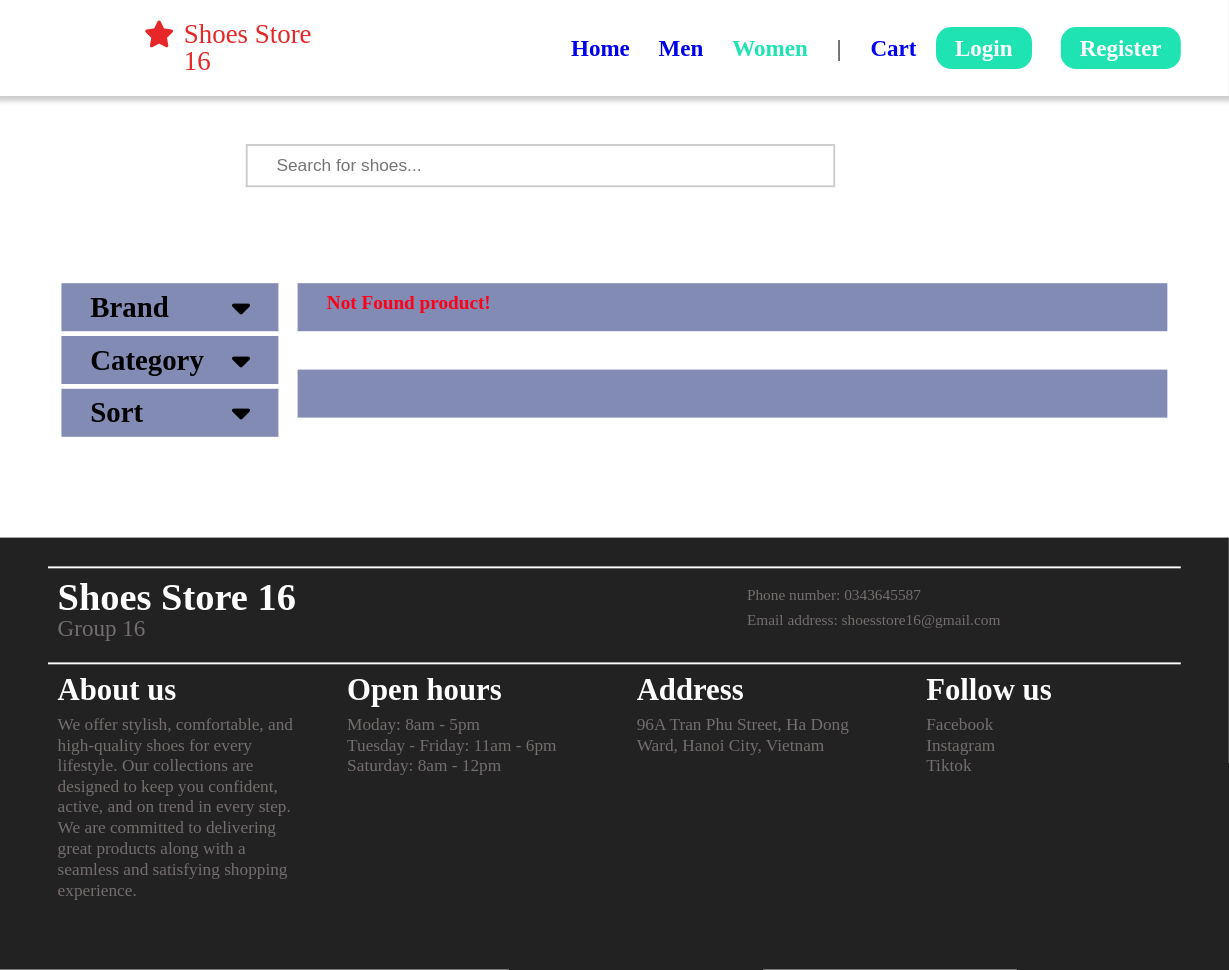
Repository: Trung0810/btl_cnpm_fe
Page: /women
These files come from the project's save history. The page is drawn as it stood at one moment and after the next save; the edit follows.
The browser window is 1280 px wide. The pictures show the whole page, at 96% of full size.
The page's requests for data from a server got no answer. The project was rebuilt for these pictures with package versions that can differ from the ones it lists, and the page was loaded fresh each time. No one was signed in, and anything a server would have sent is missing. Also part of the build but not shown: src/components/shoes_list/ShoesCard.css, src/components/shoes_list/ShoesCard.js, src/components/overlay/Overlay.css, src/components/overlay/Overlay.js, src/components/popup/AddToCartFormPopup.css, src/components/popup/AddToCartFormPopup.js, src/components/shoes_list/ShoesList.css, src/components/shoes_list/ShoesList.js and 43 more.

Above is the page before, as saved 2026-04-21 08:25:18.

### public/index.html
<!doctype html>
<html lang="en">
  <head>
    <meta charset="utf-8" />
    <link rel="icon" href="%PUBLIC_URL%/favicon.ico" />
    <meta name="viewport" content="width=device-width, initial-scale=1" />
    <meta name="theme-color" content="#000000" />
    <meta
      name="description"
      content="Web site created using create-react-app"
    />
    <link rel="apple-touch-icon" href="%PUBLIC_URL%/logo192.png" />
    <!--
      manifest.json provides metadata used when your web app is installed on a
      user's mobile device or desktop. See https://developers.google.com/web/fundamentals/web-app-manifest/
    -->
    <link rel="manifest" href="%PUBLIC_URL%/manifest.json" />
    <!--
      Notice the use of %PUBLIC_URL% in the tags above.
      It will be replaced with the URL of the `public` folder during the build.
      Only files inside the `public` folder can be referenced from the HTML.

      Unlike "/favicon.ico" or "favicon.ico", "%PUBLIC_URL%/favicon.ico" will
      work correctly both with client-side routing and a non-root public URL.
      Learn how to configure a non-root public URL by running `npm run build`.
    -->
    <link rel="preconnect" href="https://fonts.googleapis.com" />
    <link rel="preconnect" href="https://fonts.gstatic.com" crossorigin />
    <link
      href="https://fonts.googleapis.com/css2?family=DM+Sans:ital,opsz,wght@0,9..40,100..1000;1,9..40,100..1000&family=Oswald:wght@200..700&display=swap"
      rel="stylesheet"
    />
    <title>React App</title>
  </head>
  <body>
    <noscript>You need to enable JavaScript to run this app.</noscript>
    <div id="root"></div>
    <!--
      This HTML file is a template.
      If you open it directly in the browser, you will see an empty page.

      You can add webfonts, meta tags, or analytics to this file.
      The build step will place the bundled scripts into the <body> tag.

      To begin the development, run `npm start` or `yarn start`.
      To create a production bundle, use `npm run build` or `yarn build`.
    -->
  </body>
</html>

### src/index.js
import React from "react";
import ReactDOM from "react-dom/client";
import App from "./App";
import reportWebVitals from "./reportWebVitals";
import "./index.css";
import "./reset.css";
import "@fortawesome/fontawesome-free/css/all.min.css";

const root = ReactDOM.createRoot(document.getElementById("root"));
root.render(
  <React.StrictMode>
    <App />
  </React.StrictMode>,
);

// If you want to start measuring performance in your app, pass a function
// to log results (for example: reportWebVitals(console.log))
// or send to an analytics endpoint. Learn more: https://bit.ly/CRA-vitals
reportWebVitals();

### src/index.css
body {
  margin: 0;
  font-family:
    -apple-system, BlinkMacSystemFont, "Segoe UI", "Roboto", "Oxygen", "Ubuntu",
    "Cantarell", "Fira Sans", "Droid Sans", "Helvetica Neue", sans-serif;
  -webkit-font-smoothing: antialiased;
  -moz-osx-font-smoothing: grayscale;
  font-family: "DM Sans", sans-serif;
}
body::-webkit-scrollbar {
  display: none;
}
code {
  font-family:
    source-code-pro, Menlo, Monaco, Consolas, "Courier New", monospace;
}
* {
  box-sizing: border-box;
}

### src/components/shoes_page/ShoesPage.js
import React, { Fragment } from "react";
import Search from "../search/Search";
import GridLayout from "../grid_layout/GridLayout";

const ShoesPage = () => {
  return (
    <Fragment>
      <Search></Search>
      <GridLayout></GridLayout>
    </Fragment>
  );
};

export default ShoesPage;

### src/components/main_layout/MainLayout.js
import React, { useContext } from "react";
import { Fragment } from "react";
import Header from "../header/Header";
import Footer from "../footer/Footer";
import { Navigate, Outlet } from "react-router-dom";
import { InforContext } from "../infor_provider/InforProvider";

const MainLayout = () => {
  const { admin, customer } = useContext(InforContext);

  if (admin) {
    return <Navigate to="/admin" replace />;
  }

  return (
    <Fragment>
      <Header></Header>
      <Outlet></Outlet>
      <Footer></Footer>
    </Fragment>
  );
};

export default MainLayout;

### src/components/infor_provider/InforProvider.js
import React, { createContext, useState } from "react";
import { useNavigate } from "react-router-dom";

const InforContext = createContext();

const InforProvider = (props) => {
  const [customer, setCustomer] = useState(null);
  const [admin, setAdmin] = useState(null);
  const [path, setPath] = useState(null);
  const [currentPage, setCurrentPage] = useState(1);
  const [filter, setFilter] = useState({
    name: "",
    brand: "all",
    type: "",
    category: "all",
    price: false,
    rate: false,
    sort: null,
  });
  const navigate = useNavigate();

  console.log(filter);

  const handleLogout = () => {
    setCustomer(null);
    setAdmin(null);
    localStorage.removeItem("accessToken");
    navigate("/", { replace: true });
    console.log("hehehe");
  };

  const handleAddToCart = () => {};
  return (
    <InforContext.Provider
      value={{
        customer,
        setCustomer,
        handleLogout,
        admin,
        setAdmin,
        path,
        setPath,
        currentPage,
        setCurrentPage,
        filter,
        setFilter,
      }}
      {...props}
    ></InforContext.Provider>
  );
};

export { InforContext, InforProvider };

### src/components/reset_position/ResetPosition.js
import { useEffect } from "react";
import { useLocation } from "react-router-dom";

const ResetPosition = () => {
  const { pathname } = useLocation();

  useEffect(() => {
    window.scrollTo(0, 0);
  }, [pathname]);

  return null;
};

export default ResetPosition;

### src/App.css
img {
  width: 100%;
  height: 100%;
  object-fit: fill;
}
input,
select {
  display: block;
  font-size: 16px;
  font-weight: 500;
  padding: 10px 20px;
  border: 2px solid #ccc;
  border-radius: 8px;
  outline: none;
}
input:focus {
  border-color: #20e3b4;
}
textarea {
  font-family: "DM Sans", sans-serif;
  display: block;
  height: 100px;
  font-size: 16px;
  padding: 10px 20px;
  border: 2px solid #ccc;
  border-radius: 8px;
  resize: none;
  outline: none;
}
textarea::-webkit-scrollbar {
  display: none;
}
textarea:focus {
  border-color: #20e3b4;
}
button {
  display: block;
  width: 200px;
  padding: 10px 30px;
  font-size: 18px;
  font-weight: 500;
  border-radius: 8px;
  border: none;
  outline: none;
  cursor: pointer;
  box-shadow: 0 6px 0 0 #ccc;
  transition: all 0.25s linear;
}
button:active {
  box-shadow: 0 3px 0 0 #ccc;
  transform: translateY(3px);
}
.loading {
  position: absolute;
  width: 40px;
  height: 40px;
  border: 5px solid #20e3b4;
  border-left: 5px solid transparent;
  border-radius: 50%;
  top: 50%;
  left: 50%;
  transform: translate(-50%, -50%);
  animation: spin 1s infinite forwards linear;
  z-index: 100;
}
@keyframes spin {
  to {
    transform: translate(-50%, -50%) rotate(360deg);
  }
}
.error {
  font-weight: 500;
  color: #de4242;
}
.admin-update {
  width: 120px;
  background-color: #20b3e4;
  color: #fff;
}
.admin-delete {
  width: 120px;
  background-color: #dc3545;
  color: #fff;
}

### src/components/search/Search.js
import React, { useContext } from "react";
import { InforContext } from "../infor_provider/InforProvider";
import { debounce } from "lodash";
import "./Search.css";

const Search = () => {
  const { filter, setFilter } = useContext(InforContext);

  return (
    <div className="search">
      <input
        type="text"
        name="shoes"
        className="search-input"
        placeholder="Search for shoes..."
        onChange={debounce(
          (event) =>
            setFilter((prev) => ({ ...prev, name: event.target.value })),
          500,
        )}
      />
      {/* <button className="search-button">Search</button> */}
    </div>
  );
};

export default Search;

### src/components/grid_layout/GridLayout.js
import React from "react";
import FilterShoesList from "../filter_shoes_list/FilterShoesList";
import ShoesGrid from "../shoes_grid/ShoesGrid";
import "./GridLayout.css";

const GridLayout = () => {
  return (
    <div className="grid-layout">
      <FilterShoesList></FilterShoesList>
      <ShoesGrid></ShoesGrid>
    </div>
  );
};

export default GridLayout;

### src/components/header/Header.js
import React, { Fragment, useContext } from "react";
import { NavLink } from "react-router-dom";
import { InforContext } from "../infor_provider/InforProvider";
import "./header.css";

const Header = () => {
  const { customer, handleLogout } = useContext(InforContext);

  return (
    <div className="header">
      <div className="header-logo">
        <i className="fa fa-star"></i>
        {customer && <span>Hello {customer && customer.username}</span>}
        {!customer && <span>Shoes Store 16</span>}
      </div>
      <ul className="header-menu">
        <NavLink
          to={"/"}
          className="header-menu-item"
          style={({ isActive }) => ({ color: isActive ? "#20e3b4" : "" })}
        >
          Home
        </NavLink>
        <NavLink
          to={"/men"}
          className="header-menu-item"
          style={({ isActive }) => ({ color: isActive ? "#20e3b4" : "" })}
        >
          Men
        </NavLink>
        <NavLink
          to={"/women"}
          className="header-menu-item"
          style={({ isActive }) => ({ color: isActive ? "#20e3b4" : "" })}
        >
          Women
        </NavLink>
        <li className="header-menu-item">|</li>
        <NavLink
          to={"/cart"}
          className="header-menu-item"
          style={({ isActive }) => ({ color: isActive ? "#20e3b4" : "" })}
        >
          Cart
        </NavLink>
      </ul>
      <ul className="header-auth">
        {!customer && (
          <Fragment>
            <NavLink to={"/login"} className="header-auth-item">
              Login
            </NavLink>
            <NavLink to={"/register"} className="header-auth-item">
              Register
            </NavLink>
          </Fragment>
        )}
        {customer && (
          <li className="header-auth-item" onClick={handleLogout}>
            Logout
          </li>
        )}
      </ul>
    </div>
  );
};

export default Header;

### src/components/footer/Footer.js
import React from "react";
import "./Footer.css";

const Footer = () => {
  return (
    <div className="footer">
      <div className="footer-contact">
        <div className="contact-name">
          <h2>Shoes Store 16</h2>
          <p>Group 16</p>
        </div>
        <div className="contact-infor">
          <p>Phone number: 0343645587</p>
          <p>Email address: shoesstore16@gmail.com</p>
        </div>
      </div>
      <div className="footer-content">
        <div className="content-container">
          <h3>About us</h3>
          <p>
            We offer stylish, comfortable, and high-quality shoes for every
            lifestyle. Our collections are designed to keep you confident,
            active, and on trend in every step. We are committed to delivering
            great products along with a seamless and satisfying shopping
            experience.
          </p>
        </div>
        <div className="content-container">
          <h3>Open hours</h3>
          <p>
            Moday: 8am - 5pm
            <br />
            Tuesday - Friday: 11am - 6pm
            <br />
            Saturday: 8am - 12pm
          </p>
        </div>
        <div className="content-container">
          <h3>Address</h3>
          <p>96A Tran Phu Street, Ha Dong Ward, Hanoi City, Vietnam</p>
        </div>
        <div className="content-container">
          <h3>Follow us</h3>
          <p>
            Facebook
            <br />
            Instagram
            <br />
            Tiktok
          </p>
        </div>
      </div>
    </div>
  );
};

export default Footer;

### src/components/helper_function/Standardization.js
const standardization = (name) => {
  if (!name) {
    return "";
  }
  return name
    .trim()
    .split(/\s+/)
    .map((word) => {
      return word.charAt(0).toUpperCase() + word.slice(1).toLowerCase();
    })
    .join(" ");
};

export default standardization;

### src/components/admin_add_product/AdminAddProduct.css
.admin-add-product {
  width: 85%;
  padding: 40px;
  user-select: none;
}
.admin-add-title {
  font-size: 40px;
  font-weight: bold;
  text-align: center;
  margin-bottom: 40px;
}
form {
  width: 100%;
  display: flex;
  flex-direction: column;
  row-gap: 20px;
}
.admin-add-wrapper {
  display: flex;
  flex-direction: column;
  row-gap: 10px;
}
.admin-add-wrapper:last-child {
  margin-top: 30px;
  flex-direction: row;
  column-gap: 40px;
}
.admin-add-wrapper button:first-child {
  background-color: #20e3b4;
  color: #fff;
}
.admin-add-error {
  font-weight: 500;
  color: #de4242;
}

### src/components/admin_update_product/AdminUpdateProduct.css
.admin-update-product {
  width: 85%;
  padding: 40px;
  user-select: none;
  overflow-y: scroll;
}
.admin-update-product::-webkit-scrollbar {
  display: none;
}
.admin-update-title {
  font-size: 40px;
  font-weight: bold;
  text-align: center;
  margin-bottom: 40px;
}
form {
  width: 100%;
  display: flex;
  flex-direction: column;
  row-gap: 20px;
}
.admin-update-wrapper {
  display: flex;
  flex-direction: column;
  row-gap: 10px;
}
.admin-update-wrapper #id {
  background-color: #f0f0f0;
  color: #666;
  cursor: not-allowed;
}
.admin-update-wrapper #id:focus {
  border-color: #ccc;
}
.admin-update-wrapper:last-child {
  margin-top: 30px;
  flex-direction: row;
  column-gap: 40px;
}
.admin-update-wrapper button:first-child {
  background-color: #20e3b4;
  color: #fff;
}

### src/components/admin_update_order/AdminUpdateOrder.css
.admin-update-order {
  width: 85%;
  padding: 40px;
  user-select: none;
}
.admin-update-title {
  font-size: 40px;
  font-weight: bold;
  text-align: center;
  margin-bottom: 40px;
}
form {
  width: 100%;
  display: flex;
  flex-direction: column;
  row-gap: 20px;
}
.admin-update-table {
  width: 100%;
  display: flex;
  flex-direction: column;
  row-gap: 10px;
}
.admin-update-table th,
.admin-update-table td {
  text-align: center;
  vertical-align: middle;
  border: 1px solid #ccc;
}
.admin-update-table th {
  background-color: #20e3b4;
  color: #fff;
  font-size: 20px;
  font-weight: bold;
  padding: 10px 20px;
}
.admin-update-table td {
  min-height: 150px;
  font-size: 18px;
  padding: 10px;
}
.admin-update-table input {
  width: 100%;
}
.admin-update-table td button {
  width: 100%;
  background-color: #dc3545;
  color: #fff;
}
.admin-update-table button {
  background-color: #20e3b4;
  color: #fff;
}
.admin-update-wrapper {
  display: flex;
  flex-direction: column;
  row-gap: 10px;
}
.admin-update-wrapper #id {
  background-color: #f0f0f0;
  color: #666;
  cursor: not-allowed;
}
.admin-update-wrapper #id:focus {
  border-color: #ccc;
}
.admin-update-wrapper #customer-name {
  background-color: #f0f0f0;
  color: #666;
  cursor: not-allowed;
}
.admin-update-wrapper #customer-name:focus {
  border-color: #ccc;
}
.admin-update-wrapper:last-child {
  margin-top: 30px;
  flex-direction: row;
  column-gap: 40px;
}
.admin-update-wrapper button:first-child {
  background-color: #20e3b4;
  color: #fff;
}

### src/components/admin_update_customer/AdminUpdateCustomer.css
.admin-update-customer {
  width: 85%;
  padding: 40px;
  user-select: none;
}
.admin-update-title {
  font-size: 40px;
  font-weight: bold;
  text-align: center;
  margin-bottom: 40px;
}
form {
  width: 100%;
  display: flex;
  flex-direction: column;
  row-gap: 20px;
}
.admin-update-wrapper {
  display: flex;
  flex-direction: column;
  row-gap: 10px;
}
.admin-update-wrapper:last-child {
  margin-top: 30px;
  flex-direction: row;
  column-gap: 40px;
}
.admin-update-wrapper button:first-child {
  background-color: #20e3b4;
  color: #fff;
}

### src/components/search/Search.css
.search {
  width: 60%;
  height: auto;
  margin: 150px auto 0;
  display: flex;
  align-items: center;
}
.search-input {
  display: block;
  min-width: 80%;
  font-size: 18px;
  padding: 10px 30px;
  border-radius: 0;
}
.search-button {
  width: 20%;
  background-color: #20e3b4;
  color: #fff;
  font-size: 18px;
  border-radius: 0;
  border: 2px solid #20e3b4;
  box-shadow: none;
}
.search-button:active {
  transform: translateY(0);
  box-shadow: none;
}

### src/components/filter_shoes_list/FilterShoesList.js
import React from "react";
import FilterShoes from "./FilterShoes";
import "./FilterShoesList.css";

const FilterShoesList = () => {
  return (
    <div className="filter-shoes-list">
      <FilterShoes params="brand"></FilterShoes>
      <FilterShoes params="category"></FilterShoes>
      <FilterShoes params="sort"></FilterShoes>
    </div>
  );
};

export default FilterShoesList;

### src/components/grid_layout/GridLayout.css
.grid-layout {
  width: 90%;
  margin: 100px auto 0;
  display: flex;
  column-gap: 20px;
}

### src/components/header/header.css
.header {
  width: 100%;
  height: 100px;
  background-color: #fff;
  padding: 20px 50px 20px 150px;
  margin-bottom: 50px;
  box-shadow: 0 0 5px 5px #ccc;
  display: flex;
  align-items: center;
  position: fixed;
  top: 0;
  left: 0;
  z-index: 10;
  user-select: none;
}
.header-logo {
  font-size: 28px;
  color: #e72727;
  margin-right: 250px;
  display: flex;
  column-gap: 10px;
}
.header-menu {
  padding: 10px 20px;
  color: #565656;
  display: flex;
  column-gap: 30px;
}
.header-menu-item {
  font-size: 24px;
  font-weight: bold;
  cursor: pointer;
  text-decoration: none;
}
.header-auth {
  margin-left: auto;
  color: #565656;
  display: flex;
  column-gap: 30px;
}
.header-auth-item {
  display: inline-block;
  background-color: #20e3b4;
  color: #fff;
  font-size: 24px;
  padding: 10px 20px;
  font-weight: bold;
  border-radius: 16px;
  cursor: pointer;
  text-decoration: none;
}

### src/components/footer/Footer.css
.footer {
  width: 100%;
  height: 450px;
  background-color: #222222;
  color: #fff;
  padding: 30px 50px;
  margin-top: 100px;
}
.footer-contact {
  width: 100%;
  height: 100px;
  border-top: 2px solid #fff;
  display: flex;
}
.contact-name {
  width: 60%;
  height: 100%;
  padding: 10px;
}
.contact-name h2 {
  font-size: 40px;
  font-weight: bold;
}
.contact-name p {
  color: #756e6e;
  font-size: 24px;
}
.contact-infor {
  width: 40%;
  height: 100%;
  padding: 20px;
}
.contact-infor p {
  color: #756e6e;
  font-size: 16px;
  margin-bottom: 10px;
}
.footer-content {
  width: 100%;
  height: 300px;
  padding: 10px;
  border-top: 2px solid #fff;
  display: flex;
  column-gap: 4%;
}
.content-container {
  width: 22%;
  height: 100px;
}
.content-container h3 {
  font-size: 32px;
  font-weight: bold;
  margin-bottom: 10px;
}
.content-container p {
  color: #756e6e;
  font-size: 18px;
  line-height: 1.2;
}

### src/components/filter_shoes_list/FilterShoesList.css
.filter-shoes-list {
  width: 20%;
}

### src/components/shoes_grid/ShoesGrid.css
.shoes-grid {
  width: 80%;
  display: flex;
  flex-direction: column;
  row-gap: 20px;
  user-select: none;
}
.shoes-bar {
  width: 100%;
  height: 50px;
  background-color: #828bb3;
  padding: 10px 30px;
  display: flex;
  column-gap: 20px;
}
.shoes-grid-layout {
  width: 100%;
  display: grid;
  grid-template-columns: repeat(3, 1fr);
  gap: 20px;
}
.shoes-bar-page input {
  display: none;
}
.shoes-bar-page label {
  display: block;
  width: 30px;
  height: 30px;
  font-size: 20px;
  font-weight: bold;
  color: #fff;
  border: 2px solid #fff;
  display: flex;
  align-items: center;
  justify-content: center;
  cursor: pointer;
}
.shoes-bar-page input:checked + label {
  background-color: #fff;
  color: #828bb3;
}

### src/components/filter_shoes_list/FilterShoes.css
.filter-shoes {
  width: 100%;
  cursor: pointer;
  user-select: none;
}
.filter-shoes-menu {
  width: 100%;
  height: 50px;
  background-color: #828bb3;
  padding: 10px 30px;
  font-size: 30px;
  font-weight: bold;
  text-align: left;
  margin-bottom: 5px;
  display: flex;
  align-items: center;
  justify-content: space-between;
}
.filter-shoes-dropdown {
  width: 100%;
  margin-bottom: 40px;
}
.filter-shoes-select input {
  display: none;
}
.filter-shoes-select label {
  display: block;
  width: 100%;
  height: 40px;
  padding: 10px 30px;
  font-size: 20px;
  font-weight: 500;
  border-bottom: 1px solid #ccc;
  cursor: pointer;
}
.filter-shoes-select label:hover {
  background-color: #eee;
}
.filter-shoes-select input:checked + label {
  background-color: #eee;
  color: #20e3b4;
}

Loaded but not shown: src/reportWebVitals.js (common file); src/reset.css (common file); src/components/shoes_grid/ShoesGrid.js (154 lines, source omitted); src/App.js (96 lines, source omitted); src/components/filter_shoes_list/FilterShoes.js (90 lines, source omitted)

After the next save:
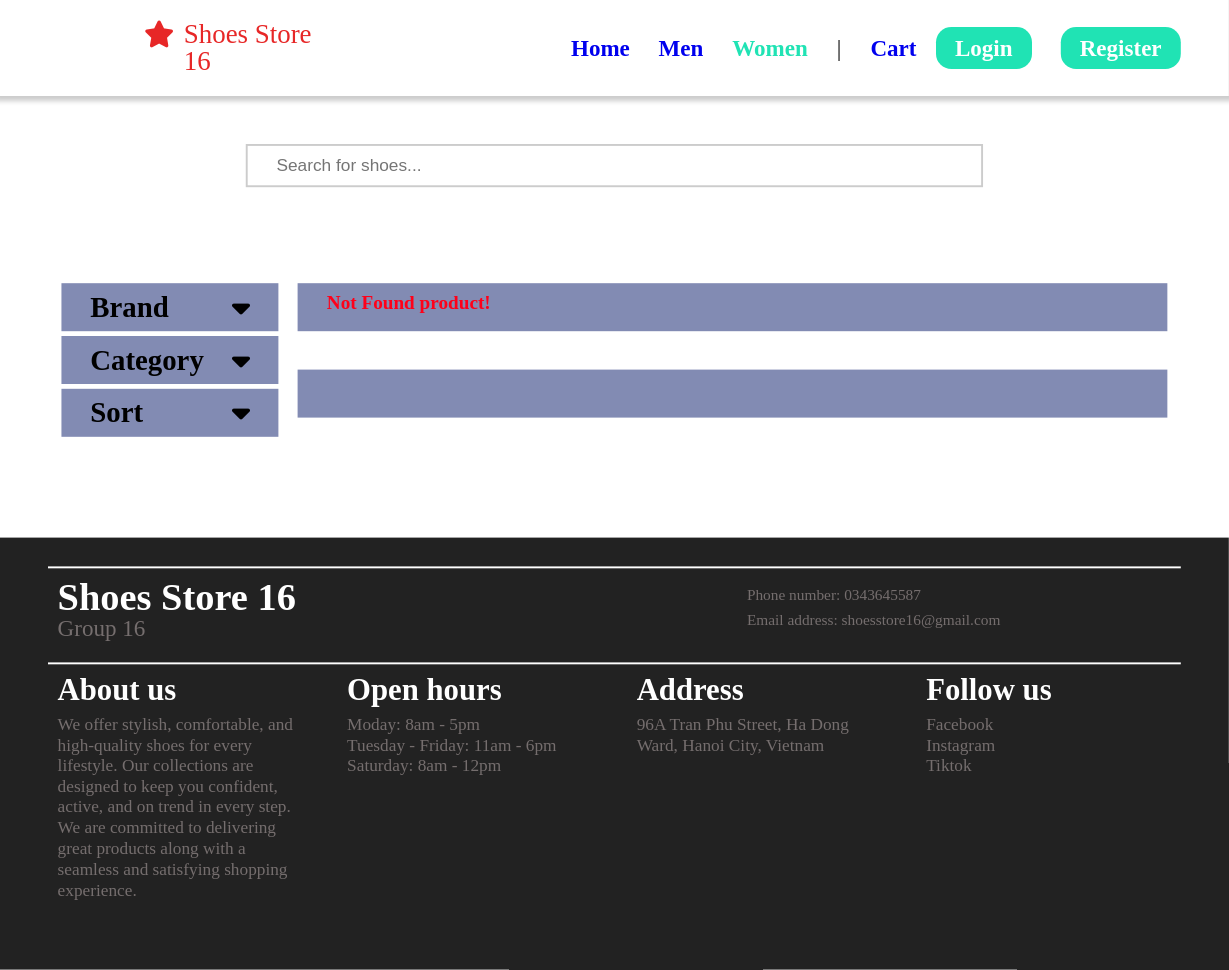
Saved 9 s later.
--- a/src/components/search/Search.css
+++ b/src/components/search/Search.css
@@ -7,7 +7,7 @@
 }
 .search-input {
   display: block;
-  min-width: 80%;
+  min-width: 100%;
   font-size: 18px;
   padding: 10px 30px;
   border-radius: 0;
